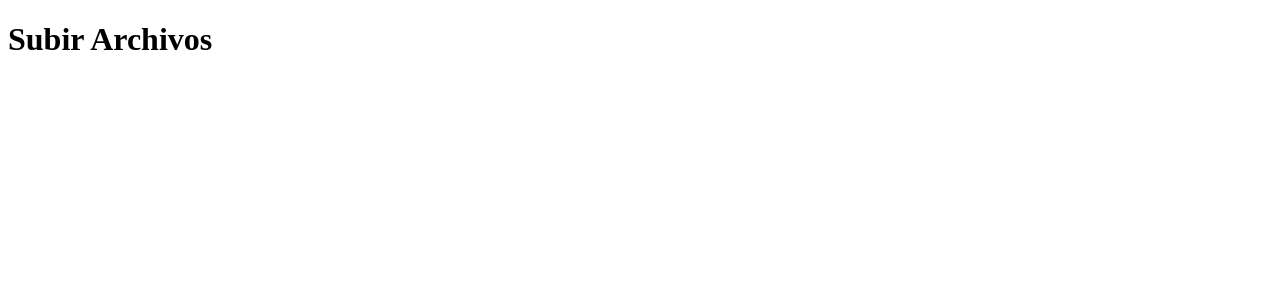
Repository: felipeguerrero87/txt-to-xls
Page: public/index.html
An editor plug-in stored every save of this project. The page is shown before and after the next save, followed by the edit.
The browser window is 1280 px wide. The pictures show the whole page.

Above is the page before, as saved 2021-08-31 12:58:39.

### public/index.html
<!DOCTYPE html>
<html lang="en">
<head>
    <meta charset="UTF-8">
    <meta http-equiv="X-UA-Compatible" content="IE=edge">
    <meta name="viewport" content="width=device-width, initial-scale=1.0">
    <title>Document</title>
</head>
<body>
    <h1>Subir Archivos</h1>
    <form action="/files" method="POST"></form>
</body>
</html>

After the next save:
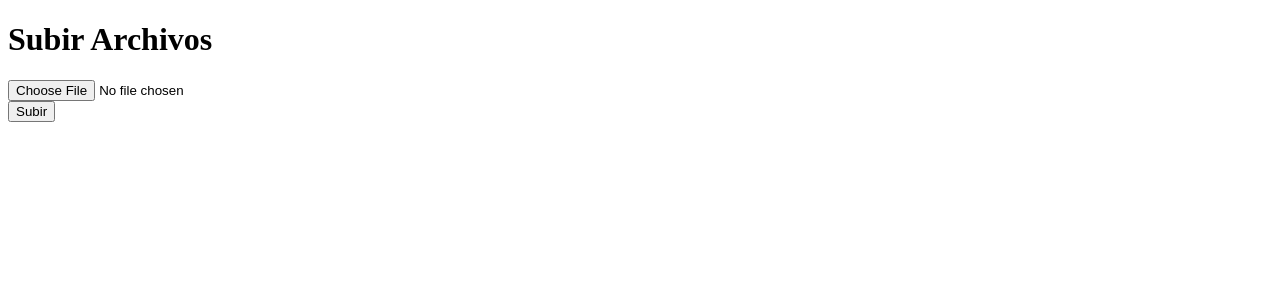
Saved 2 min 21 s later.
--- a/public/index.html
+++ b/public/index.html
@@ -8,6 +8,10 @@
 </head>
 <body>
     <h1>Subir Archivos</h1>
-    <form action="/files" method="POST"></form>
+    <form action="/files" method="POST">
+        <input type="file" name="avatar" id="">
+        <br>
+        <input type="submit" value="Subir">
+    </form>
 </body>
 </html>
